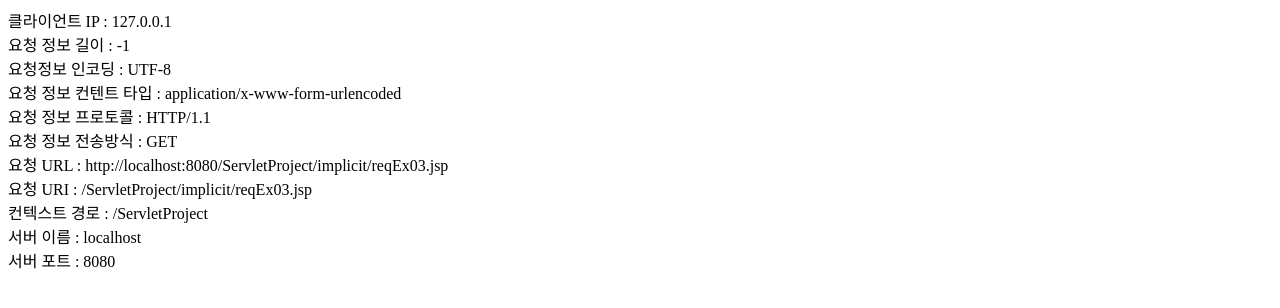
Repository: kr1124/jsp
Page: http://localhost/ServletProject/implicit/reqEx03.jsp
An editor plug-in stored every save of this project. The page is shown before and after the next save, followed by the edit.
The browser window is 1280 px wide. The pictures show the whole page.
The page is served by Tomcat 9. Other server files are loaded and not shown.

Above is the page before, as saved 2024-12-04 05:42:05.

### ServletProject/src/main/webapp/implicit/reqEx03.jsp
<%@ page language="java" contentType="text/html; charset=UTF-8"
    pageEncoding="UTF-8"%>
<!DOCTYPE html>
<html>
	<head>
		<meta charset="UTF-8">
		<title></title>
	</head>
	<body>
		클라이언트 IP : <%=request.getRemoteAddr() %><br>
		요청 정보 길이 : <%=request.getContentLength() %><br>
		요청정보 인코딩 : <%=request.getCharacterEncoding() %><br>
		요청 정보 컨텐트 타입 : <%=request.getContentType() %><br>
		요청 정보 프로토콜 : <%=request.getProtocol() %><br>
		요청 정보 전송방식 : <%=request.getMethod() %><br>
		요청 URL : <%=request.getRequestURL() %><br>
		요청 URI : <%=request.getRequestURI() %><br>
		컨텍스트 경로 : <%=request.getContextPath() %><br>
		서버 이름 : <%=request.getServerName() %><br>
		서버 포트 : <%=request.getServerPort() %><br>
	</body>
</html>

After the next save:
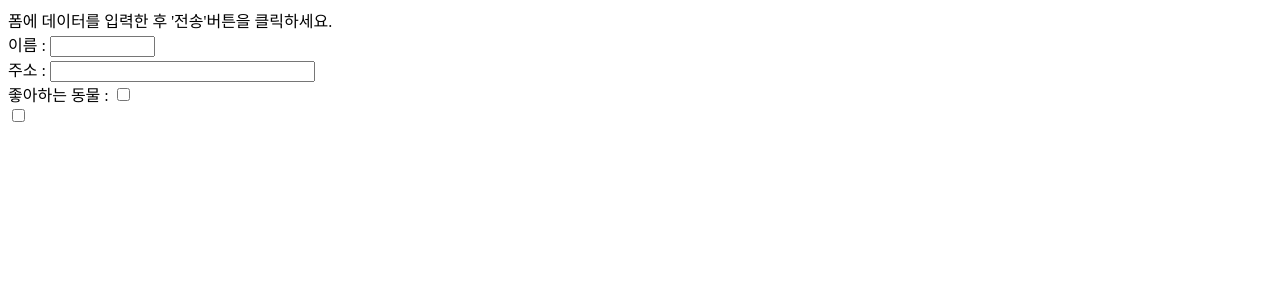
Saved 3 min 49 s later.
--- a/ServletProject/src/main/webapp/implicit/reqEx03.jsp
+++ b/ServletProject/src/main/webapp/implicit/reqEx03.jsp
@@ -7,16 +7,13 @@
 		<title></title>
 	</head>
 	<body>
-		클라이언트 IP : <%=request.getRemoteAddr() %><br>
-		요청 정보 길이 : <%=request.getContentLength() %><br>
-		요청정보 인코딩 : <%=request.getCharacterEncoding() %><br>
-		요청 정보 컨텐트 타입 : <%=request.getContentType() %><br>
-		요청 정보 프로토콜 : <%=request.getProtocol() %><br>
-		요청 정보 전송방식 : <%=request.getMethod() %><br>
-		요청 URL : <%=request.getRequestURL() %><br>
-		요청 URI : <%=request.getRequestURI() %><br>
-		컨텍스트 경로 : <%=request.getContextPath() %><br>
-		서버 이름 : <%=request.getServerName() %><br>
-		서버 포트 : <%=request.getServerPort() %><br>
+		폼에 데이터를 입력한 후 '전송'버튼을 클릭하세요.
+		<form action="viewParameter.jsp" method="post" >
+			이름 : <input type="text" name="name" size="10"><br>
+			주소 : <input type="text" name="address" size="30"><br>
+			좋아하는 동물 :
+				<input type="checkbox" name="pet" value="cat"><br>
+				<input type="checkbox" name="pet" value="dog"><br>
+		</form>
 	</body>
 </html>
